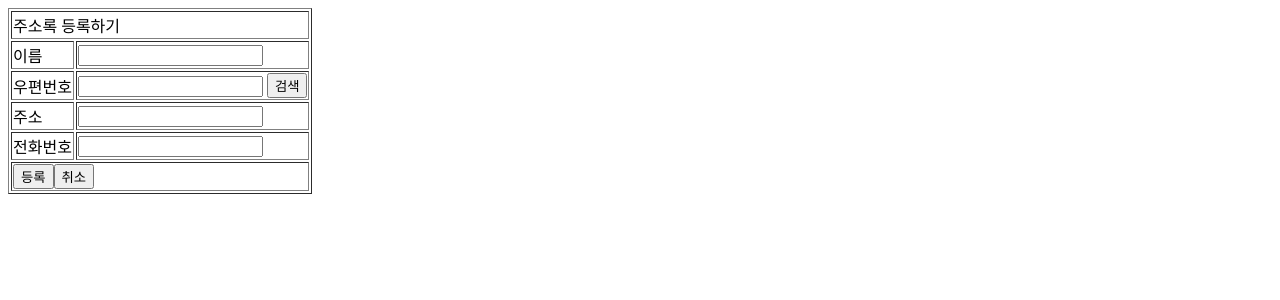
Repository: LEENYAMNYAM/JSP
Page: http://localhost/JSP_Project/address/insert.jsp
These files come from the project's save history. The page is drawn as it stood at one moment and after the next save; the edit follows.
The browser window is 1280 px wide. The pictures show the whole page.
The page is served by Tomcat 9. Other server files are loaded and not shown.

Above is the page before, as saved 2025-02-28 01:13:59.

### JSP_Project/src/main/webapp/address/insert.jsp
<%@ page language="java" contentType="text/html; charset=UTF-8"
    pageEncoding="UTF-8"%>
<!DOCTYPE html>
<html>
<head>
<meta charset="UTF-8">
<title>Insert title here</title>
</head>
<body>

<a urf=""></a>
<table border=1>
	<tr>
		<td colspan="2"> 주소록 등록하기</td>
	</tr>
	<tr>
		<td> 이름 </td>
		<td><input type='text' name="name" id="name"></td>
	</tr>
	<tr>
		<td> 우편번호 </td>
		<td><input type='text' name="postalCode" id="postalCode">
			<button> 검색 </button></td>
	</tr>
	<tr>
		<td> 주소 </td>
		<td><input type='text' name="addr" id="addr"></td>
	</tr>
	<tr>
		<td> 전화번호 </td>
		<td><input type="tel" name="tel" id="tel"></td>
	</tr>
	<tr>
		<td colspan="2"><input type="button" value="등록"><input type="button" value="취소"></td>
	</tr>
</table>

</body>
</html>

After the next save:
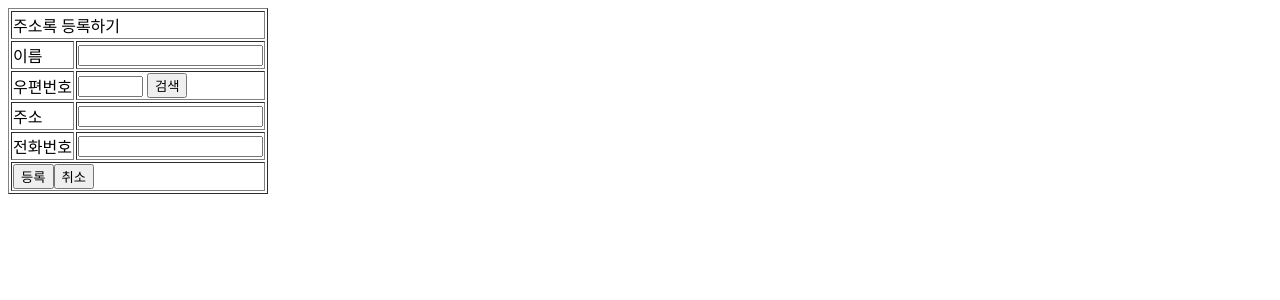
Saved 70 s later.
--- a/JSP_Project/src/main/webapp/address/insert.jsp
+++ b/JSP_Project/src/main/webapp/address/insert.jsp
@@ -19,12 +19,12 @@
 	</tr>
 	<tr>
 		<td> 우편번호 </td>
-		<td><input type='text' name="postalCode" id="postalCode">
-			<button> 검색 </button></td>
+		<td><input type='text' size = 5 name="postalCode" id="postalCode">
+			<button type="button"> 검색 </button></td>
 	</tr>
 	<tr>
 		<td> 주소 </td>
-		<td><input type='text' name="addr" id="addr"></td>
+		<td><input type='text' size = 20 name="addr" id="addr"></td>
 	</tr>
 	<tr>
 		<td> 전화번호 </td>
